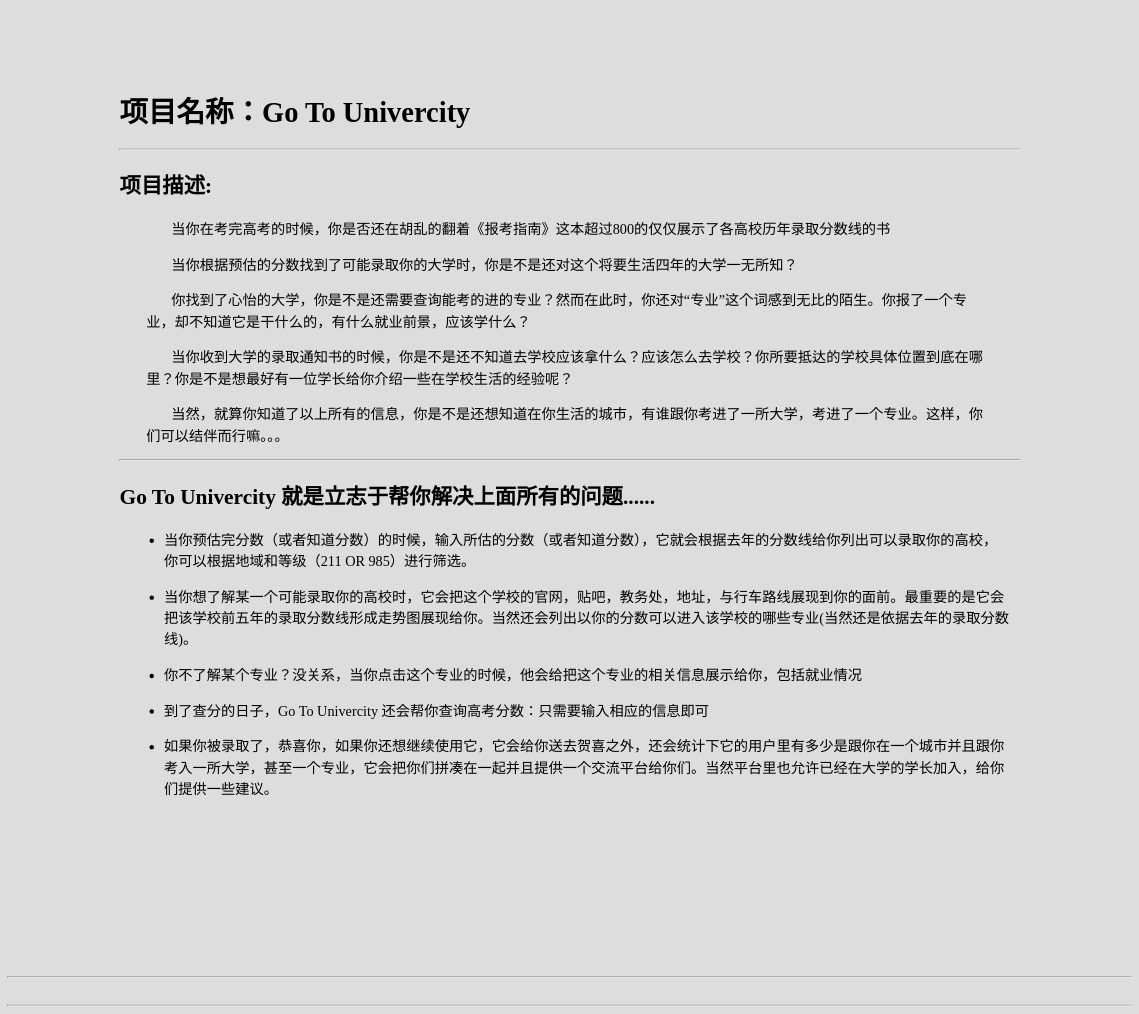
Repository: SUT-GC/GoToUnivercity
Page: http://localhost/GoToUniversity/ideasource/idea.jsp
An editor plug-in stored every save of this project. The page is shown before and after a run of saves, followed by the edit.
The browser window is 1280 px wide. The pictures show the whole page, at 89% of full size.
The page is served by Tomcat 9. Nobody is signed in. The application's start-up code is not run.

Above is the page before, as saved 2015-11-16 11:27:49.

After the next 2 saves:
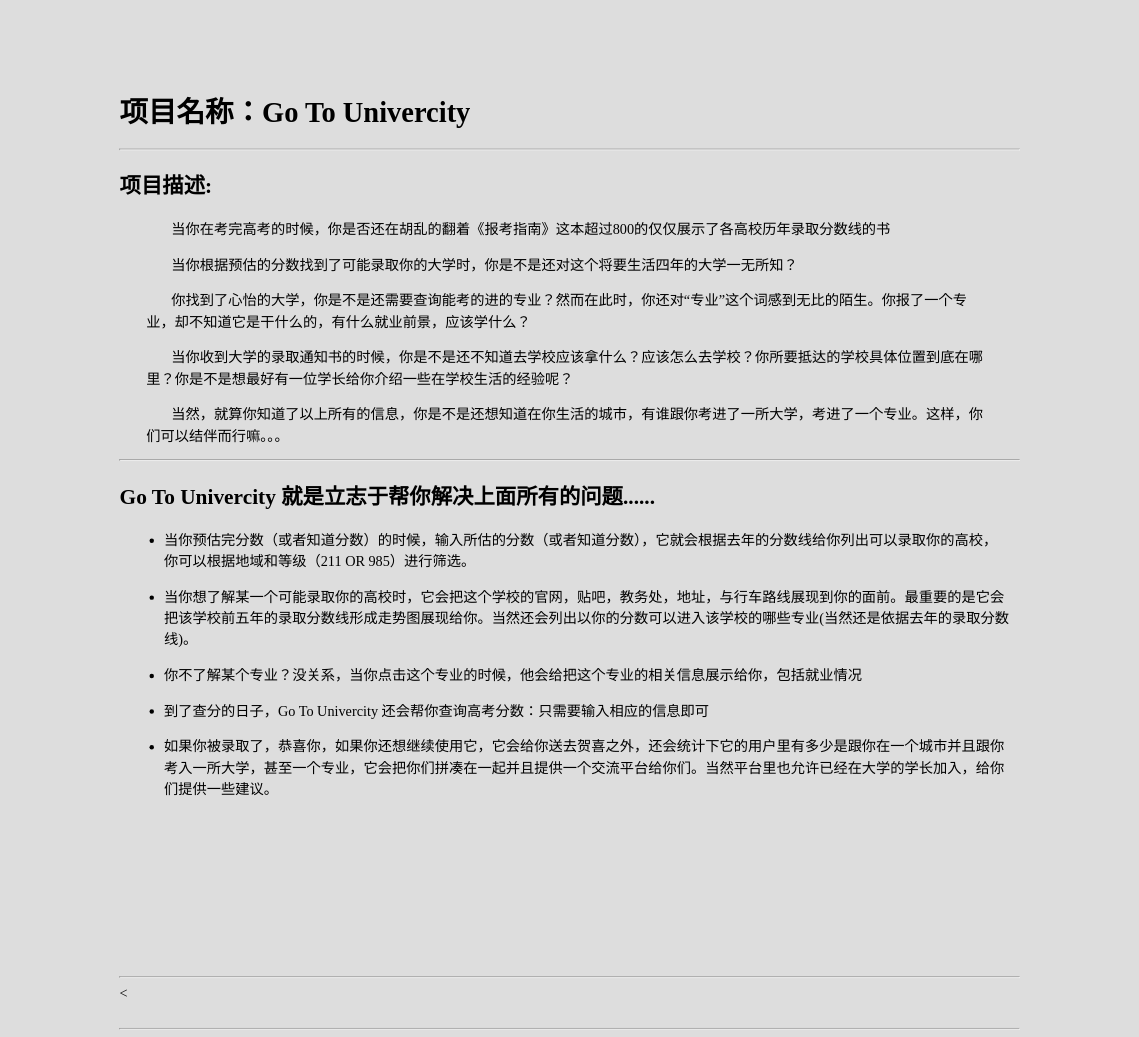
The 2 saves are shown as one change because they came seconds apart.
The last was saved 36 s later.
--- a/GoToUniversity/WebContent/ideasource/idea.jsp
+++ b/GoToUniversity/WebContent/ideasource/idea.jsp
@@ -39,11 +39,12 @@
 
 			</div>
 		</div>
-	</div>
-	<hr/>
-	<div class="tail">
+		<hr/>
+		<div class="tail">
+			<
+		</div>
+		<hr/>
 
 	</div>
-	<hr/>
-</body>
+	</body>
 </html>
